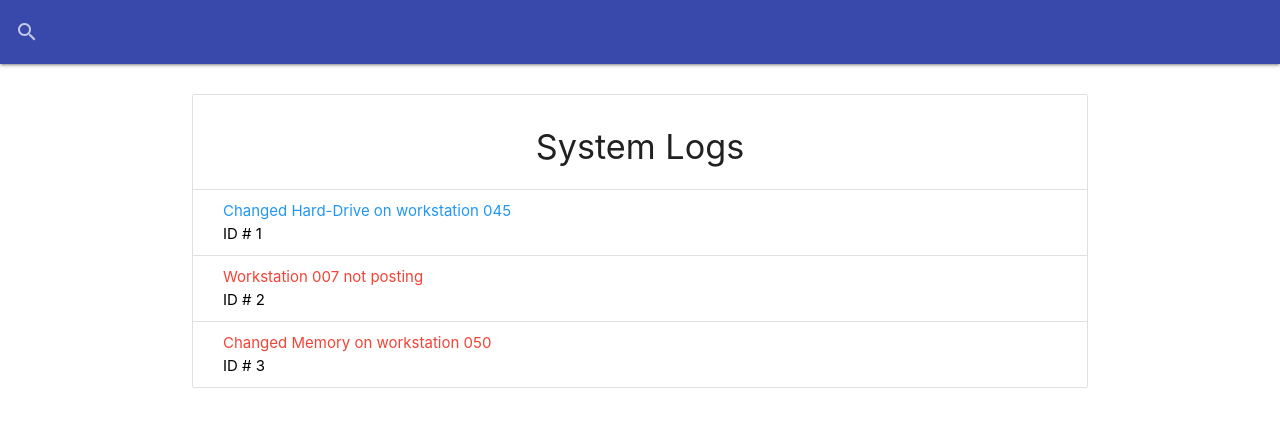
Repository: syedabdulrahim/IT_Logger
Page: /
These files come from the project's save history. The page is drawn as it stood at one moment and after the next save; the edit follows.
The browser window is 1280 px wide. The pictures show the whole page.
The project was rebuilt for these pictures with package versions that can differ from the ones it lists, and the page was loaded fresh each time. Requests to the local data server were answered from the project's data file. Also part of the build but not shown: src/App.css.

Above is the page before, as saved 2020-10-29 15:54:22.

After the next save:
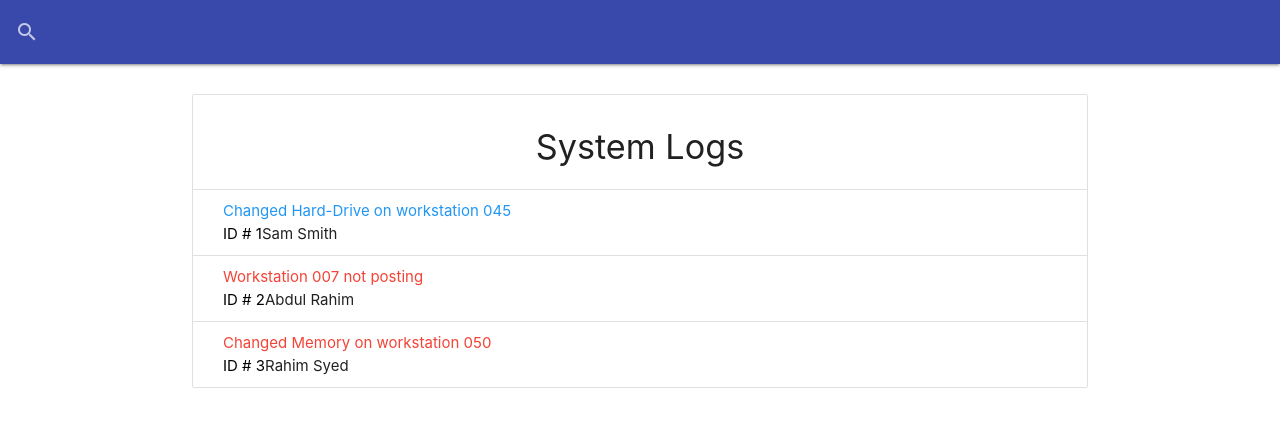
Saved 16 s later.
--- a/src/components/logs/LogItem.js
+++ b/src/components/logs/LogItem.js
@@ -14,7 +14,7 @@ const LogItem = ({log}) => {
                     <br/>
                     <span>
                             <span className="black-text">ID # {log.id}</span>
-                            {log.name}
+                            {log.tech}
                     </span>
                 </div>
             </li>
